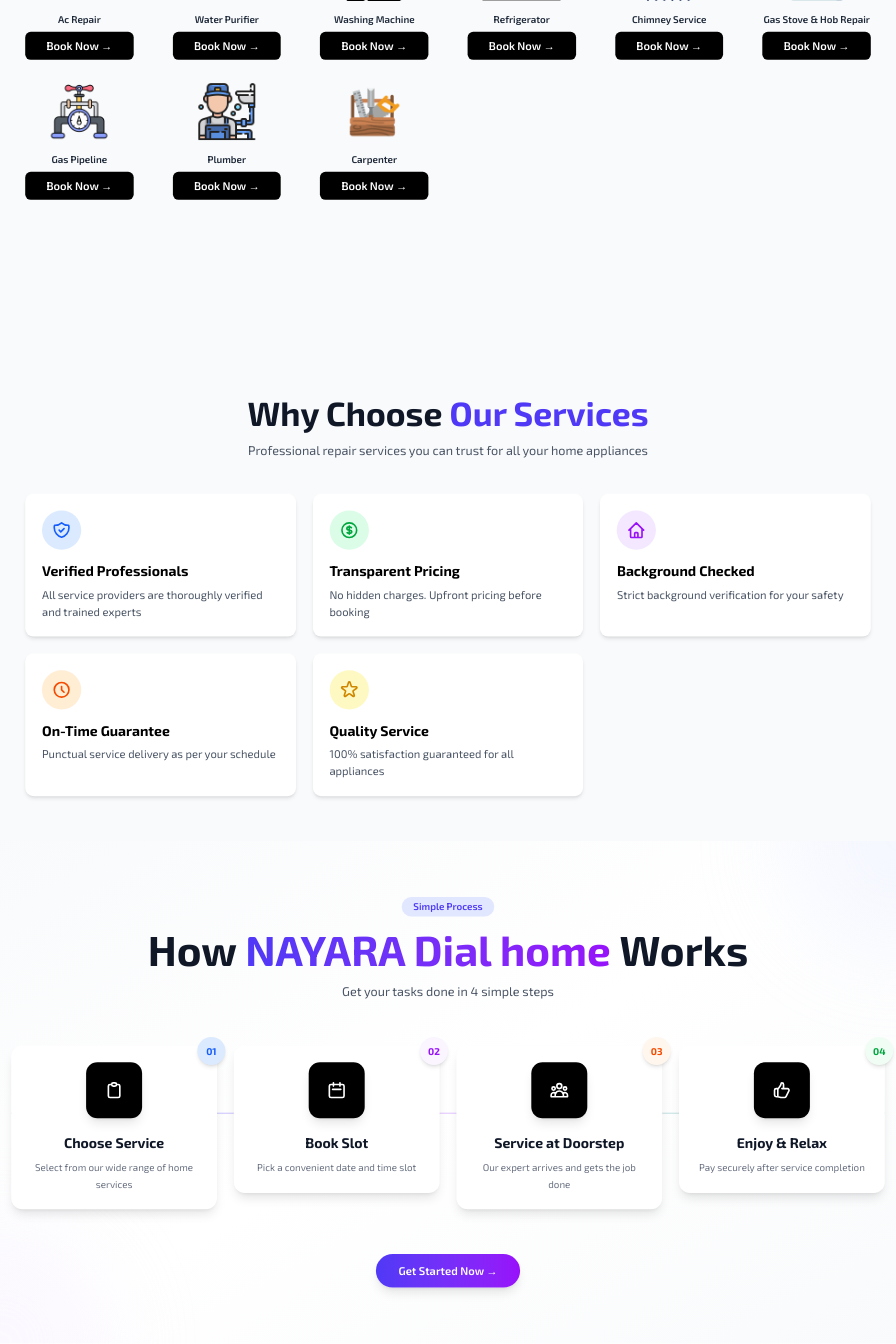
Repository: deepak445566/repai
Page: / (app in repair/)
An editor plug-in stored every save of this project. The page is shown before and after the next save, followed by the edit.
The browser window is 1280 px wide. The pictures show the part of the page from y = 938 to 2858 px (the page is 2858 px tall), at 70% of full size.
Pictures or frames that could not be fetched are drawn as grey boxes. The project was rebuilt for these pictures with package versions that can differ from the ones it lists, and the page was loaded fresh each time. The framework's server and built-in components were replaced by stand-ins that run in the browser. Also part of the build but not shown: repair/next.config.mjs.

Above is the page before, as saved 2026-04-15 14:47:11.

### repair/src/app/layout.js
import { Abril_Fatface, Exo_2, Geist, Geist_Mono } from "next/font/google";
import "./globals.css";

const geistSans = Geist({
  variable: "--font-geist-sans",
  subsets: ["latin"],
});

const geistMono = Geist_Mono({
  variable: "--font-geist-mono",
  subsets: ["latin"],
});
const abril = Abril_Fatface({
  weight: '400',
  subsets: ['latin'],
  variable: '--font-abril',
});

const exo = Exo_2({
  subsets: ['latin'],
  weight: ['400','600','700'],
  variable: '--font-exo',
});

export const metadata = {
  title: "Create Next App",
  description: "Generated by create next app",
};

export default function RootLayout({ children }) {
  return (
    <html
      lang="en"
      className={`${geistSans.variable} ${geistMono.variable} ${abril.variable} ${exo.variable} h-full antialiased`}
    >
      <body className="min-h-full flex flex-col">{children}</body>
    </html>
  );
}

### repair/src/app/page.js
import HeroPage from '@/components/heroPage'
import ServicesPage from '@/components/Service'
import WhyChooseUs from '@/components/whyChooseUs'
import HowItWorks from '@/components/work'
import React from 'react'

function page() {
  return (
   <>
   <HeroPage/>
   <ServicesPage/>
   <WhyChooseUs/>
   <HowItWorks/>
   </>
  )
}

export default page

### repair/src/app/globals.css
@import "tailwindcss";

:root {
  --background: #ffffff;
  --foreground: #171717;
}

@theme inline {
  --color-background: var(--background);
  --color-foreground: var(--foreground);
  --font-sans: var(--font-geist-sans);
  --font-mono: var(--font-geist-mono);
}

@media (prefers-color-scheme: dark) {
  :root {
    --background: #0a0a0a;
    --foreground: #ededed;
  }
}

body {
  background: var(--background);
  color: var(--foreground);
  font-family: var(--font-parkinsans);
}



.abril {
  font-family: var(--font-abril);
}

.exo {
  font-family: var(--font-exo);
}

### repair/src/components/heroPage.jsx
import Image from 'next/image';

export default function HeroPage() {
  return (
    <div className="min-h-screen bg-gradient-to-br from-white to-gray-50 flex items-center justify-center px-4 lg:px-12 py-12">
      <div className="max-w-7xl mx-auto w-full">
        <div className="flex flex-col lg:flex-row items-center gap-12 lg:gap-10">

          {/* Left Section - 60% Width */}
          <div className="w-full lg:w-[55%] text-center lg:text-left space-y-6">
            <div className="inline-block px-4 py-1.5 rounded-full bg-indigo-50 text-indigo-600 text-sm font-semibold tracking-wide">
              ✨ Welcome to the Future
            </div>

            <h1 className="text-4xl sm:text-5xl lg:text-6xl font-bold tracking-tight text-gray-900 leading-tight uppercase exo">
            Book Trusted Home
              <span className="text-indigo-600 block"> Services Near You</span>
            </h1>

            <p className="text-lg text-gray-600 max-w-xl mx-auto lg:mx-0 exo">
         Expert professionals for AC repair, cleaning, plumbing, appliances & more. Verified, insured, and guaranteed.
            </p>

            <div className="flex flex-col sm:flex-row gap-4 justify-center lg:justify-start pt-4">
              <button className="px-8 py-3 rounded-full bg-indigo-600 text-white font-semibold shadow-lg hover:bg-indigo-700 transition-all duration-200 transform hover:scale-105">
                Get Started →
              </button>
              <button className="px-8 py-3 rounded-full border-2 border-gray-300 text-gray-700 font-semibold hover:bg-gray-50 transition-all duration-200">
                Learn More
              </button>
            </div>
          </div>

          {/* Right Section - 40% Width */}
          <div className="w-full lg:w-[45%] flex justify-center lg:justify-end">
            <div className="relative w-full max-w-sm sm:max-w-md lg:max-w-lg">
              <div className="absolute inset-0 opacity-60 -z-10"></div>
              <div className="relative overflow-hidden">
                {/* Size control - Apni hisaab se change karo */}
                <div className="relative w-[350px] h-[400px] md:w-[400px] md:h-[400px] lg:w-[550px] lg:h-[550px] mx-auto ">
                  <Image
                    src="/images/image1.png"
                    alt="Hero Image"
                    fill
                    className="object-contain p-4"
                    priority
                  />
                </div>
              </div>
            </div>
          </div>
        </div>
      </div>
    </div>
  );
}

### repair/src/components/Service.jsx
'use client'

import Image from 'next/image';
import { useRouter } from 'next/navigation';

export default function ServicesPage() {
  const router = useRouter();

  const services = [
    { id: 1, title: "Ac Repair", image: "/images/acrepair.png" },
    { id: 2, title: "Water Purifier", image: "/images/waterrepair.png" },
    { id: 3, title: "Washing Machine", image: "/images/washrepair.png" },
    { id: 4, title: "Refrigerator", image: "/images/fridgerepair.png" },
    { id: 5, title: "Chimney Service", image: "/images/chimneyrepair.png" },
    { id: 6, title: "Gas Stove & Hob Repair", image: "/images/gasrepair.png" },
    { id: 7, title: "Gas Pipeline", image: "/images/piperepair.png" },
    { id: 8, title: "Plumber", image: "/images/plumberrepair.png" },
    { id: 9, title: "Carpenter", image: "/images/carrepair.png" },
  ];

  const handleBookNow = (serviceTitle) => {
    // Navigate to booking page with service name
    router.push(`/book?service=${encodeURIComponent(serviceTitle)}`);
  };

  return (
    <div className="min-h-screen bg-gray-50 py-12 px-4 exo">
      <div className="max-w-7xl mx-auto">

        <div className="text-center mb-8">
          <h2 className="text-3xl sm:text-5xl font-bold text-gray-900 mb-2">
            Most Used <span className="text-indigo-600">Services</span>
          </h2>
        </div>

        <div className="grid grid-cols-2 lg:grid-cols-6 gap-3 md:gap-4">
          {services.map((service) => (
            <div key={service.id} className="group cursor-pointer">
              {/* Image Section */}
              <div className="relative h-20 sm:h-22 md:h-25">
                <Image
                  src={service.image}
                  alt={service.title}
                  fill
                  className="object-contain p-2 transition-transform duration-500 group-hover:scale-110"
                />
              </div>

              {/* Title Section */}
              <div className="py-2 px-1 text-center">
                <h3 className="text-xs sm:text-sm font-semibold text-gray-800  ">
                  {service.title}
                </h3>
              </div>

              {/* Book Button */}
              <div className="px-5 pb-2">
                <button
                  onClick={() => handleBookNow(service.title)}
                  className="w-full bg-black text-white text-xm font-semibold py-2  rounded-lg "
                >
                  Book Now →
                </button>
              </div>
            </div>
          ))}
        </div>
      </div>
    </div>
  );
}

### repair/src/components/whyChooseUs.jsx
import Image from 'next/image';

export default function WhyChooseUs() {
  return (
    <div className="bg-gray-50 py-12 px-4 lg:px-9 sm:py-16 exo">
      <div className="max-w-7xl mx-auto">

        {/* Header with Image */}
        <div className="text-center mb-10 sm:mb-12">
          <h2 className="text-3xl sm:text-4xl lg:text-5xl font-bold text-gray-900 mb-3 sm:mb-4">
            Why Choose <span className="text-indigo-600">Our Services</span>
          </h2>
          <p className="text-gray-600 text-base sm:text-lg max-w-2xl mx-auto px-2">
            Professional repair services you can trust for all your home appliances
          </p>
        </div>

        {/* Features Grid - Mobile: 2 columns, Tablet/Desktop: 3 columns */}
        <div className="grid grid-cols-2 lg:grid-cols-3 gap-3 sm:gap-4 md:gap-6 text-black exo">
          {/* Feature 1 */}
          <div className="bg-white rounded-xl p-4 sm:p-5 md:p-6 shadow-md hover:shadow-xl transition-all">
            <div className="w-10 h-10 sm:w-12 sm:h-12 md:w-14 md:h-14 bg-blue-100 rounded-full flex items-center justify-center mb-3 sm:mb-4">
              <svg className="w-5 h-5 sm:w-6 sm:h-6 md:w-7 md:h-7 text-blue-600" fill="none" stroke="currentColor" viewBox="0 0 24 24">
                <path strokeLinecap="round" strokeLinejoin="round" strokeWidth={2} d="M9 12l2 2 4-4m5.618-4.016A11.955 11.955 0 0112 2.944a11.955 11.955 0 01-8.618 3.04A12.02 12.02 0 003 9c0 5.591 3.824 10.29 9 11.622 5.176-1.332 9-6.03 9-11.622 0-1.042-.133-2.052-.382-3.016z" />
              </svg>
            </div>
            <h3 className="text-base sm:text-lg md:text-xl font-bold mb-1 sm:mb-2">Verified Professionals</h3>
            <p className="text-gray-600 text-xs sm:text-sm md:text-base">All service providers are thoroughly verified and trained experts</p>
          </div>

          {/* Feature 2 */}
          <div className="bg-white rounded-xl p-4 sm:p-5 md:p-6 shadow-md hover:shadow-xl transition-all">
            <div className="w-10 h-10 sm:w-12 sm:h-12 md:w-14 md:h-14 bg-green-100 rounded-full flex items-center justify-center mb-3 sm:mb-4">
              <svg className="w-5 h-5 sm:w-6 sm:h-6 md:w-7 md:h-7 text-green-600" fill="none" stroke="currentColor" viewBox="0 0 24 24">
                <path strokeLinecap="round" strokeLinejoin="round" strokeWidth={2} d="M12 8c-1.657 0-3 .895-3 2s1.343 2 3 2 3 .895 3 2-1.343 2-3 2m0-8c1.11 0 2.08.402 2.599 1M12 8V7m0 1v8m0 0v1m0-1c-1.11 0-2.08-.402-2.599-1M21 12a9 9 0 11-18 0 9 9 0 0118 0z" />
              </svg>
            </div>
            <h3 className="text-base sm:text-lg md:text-xl font-bold mb-1 sm:mb-2">Transparent Pricing</h3>
            <p className="text-gray-600 text-xs sm:text-sm md:text-base">No hidden charges. Upfront pricing before booking</p>
          </div>

          {/* Feature 3 */}
          <div className="bg-white rounded-xl p-4 sm:p-5 md:p-6 shadow-md hover:shadow-xl transition-all">
            <div className="w-10 h-10 sm:w-12 sm:h-12 md:w-14 md:h-14 bg-purple-100 rounded-full flex items-center justify-center mb-3 sm:mb-4">
              <svg className="w-5 h-5 sm:w-6 sm:h-6 md:w-7 md:h-7 text-purple-600" fill="none" stroke="currentColor" viewBox="0 0 24 24">
                <path strokeLinecap="round" strokeLinejoin="round" strokeWidth={2} d="M3 12l2-2m0 0l7-7 7 7M5 10v10a1 1 0 001 1h3m10-11l2 2m-2-2v10a1 1 0 01-1 1h-3m-6 0a1 1 0 001-1v-4a1 1 0 011-1h2a1 1 0 011 1v4a1 1 0 001 1m-6 0h6" />
              </svg>
            </div>
            <h3 className="text-base sm:text-lg md:text-xl font-bold mb-1 sm:mb-2">Background Checked</h3>
            <p className="text-gray-600 text-xs sm:text-sm md:text-base">Strict background verification for your safety</p>
          </div>

          {/* Feature 4 */}
          <div className="bg-white rounded-xl p-4 sm:p-5 md:p-6 shadow-md hover:shadow-xl transition-all">
            <div className="w-10 h-10 sm:w-12 sm:h-12 md:w-14 md:h-14 bg-orange-100 rounded-full flex items-center justify-center mb-3 sm:mb-4">
              <svg className="w-5 h-5 sm:w-6 sm:h-6 md:w-7 md:h-7 text-orange-600" fill="none" stroke="currentColor" viewBox="0 0 24 24">
                <path strokeLinecap="round" strokeLinejoin="round" strokeWidth={2} d="M12 8v4l3 3m6-3a9 9 0 11-18 0 9 9 0 0118 0z" />
              </svg>
            </div>
            <h3 className="text-base sm:text-lg md:text-xl font-bold mb-1 sm:mb-2">On-Time Guarantee</h3>
            <p className="text-gray-600 text-xs sm:text-sm md:text-base">Punctual service delivery as per your schedule</p>
          </div>

          {/* Feature 5 */}
          <div className="bg-white rounded-xl p-4 sm:p-5 md:p-6 shadow-md hover:shadow-xl transition-all">
            <div className="w-10 h-10 sm:w-12 sm:h-12 md:w-14 md:h-14 bg-yellow-100 rounded-full flex items-center justify-center mb-3 sm:mb-4">
              <svg className="w-5 h-5 sm:w-6 sm:h-6 md:w-7 md:h-7 text-yellow-600" fill="none" stroke="currentColor" viewBox="0 0 24 24">
                <path strokeLinecap="round" strokeLinejoin="round" strokeWidth={2} d="M11.049 2.927c.3-.921 1.603-.921 1.902 0l1.519 4.674a1 1 0 00.95.69h4.915c.969 0 1.371 1.24.588 1.81l-3.976 2.888a1 1 0 00-.363 1.118l1.518 4.674c.3.922-.755 1.688-1.538 1.118l-3.976-2.888a1 1 0 00-1.176 0l-3.976 2.888c-.783.57-1.838-.197-1.538-1.118l1.518-4.674a1 1 0 00-.363-1.118l-3.976-2.888c-.784-.57-.38-1.81.588-1.81h4.914a1 1 0 00.951-.69l1.519-4.674z" />
              </svg>
            </div>
            <h3 className="text-base sm:text-lg md:text-xl font-bold mb-1 sm:mb-2">Quality Service</h3>
            <p className="text-gray-600 text-xs sm:text-sm md:text-base">100% satisfaction guaranteed for all appliances</p>
          </div>

        </div>
      </div>
    </div>
  );
}

### repair/src/components/work.jsx
'use client'
import Image from 'next/image';
import { useState, useEffect } from 'react';

export default function HowItWorks() {
  const [visibleSteps, setVisibleSteps] = useState([false, false, false, false]);

  useEffect(() => {
    const timers = steps.map((_, i) => {
      return setTimeout(() => {
        setVisibleSteps(prev => {
          const newState = [...prev];
          newState[i] = true;
          return newState;
        });
      }, i * 200);
    });
    return () => timers.forEach(timer => clearTimeout(timer));
  }, []);

  const steps = [
    {
      number: "01",
      title: "Choose Service",
      description: "Select from our wide range of home services",
      color: "blue",
      icon: (
        <svg className="w-6 h-6 sm:w-7 sm:h-7" fill="none" stroke="currentColor" viewBox="0 0 24 24">
          <path strokeLinecap="round" strokeLinejoin="round" strokeWidth={2} d="M9 5H7a2 2 0 00-2 2v12a2 2 0 002 2h10a2 2 0 002-2V7a2 2 0 00-2-2h-2M9 5a2 2 0 002 2h2a2 2 0 002-2M9 5a2 2 0 012-2h2a2 2 0 012 2" />
        </svg>
      )
    },
    {
      number: "02",
      title: "Book Slot",
      description: "Pick a convenient date and time slot",
      color: "purple",
      icon: (
        <svg className="w-6 h-6 sm:w-7 sm:h-7" fill="none" stroke="currentColor" viewBox="0 0 24 24">
          <path strokeLinecap="round" strokeLinejoin="round" strokeWidth={2} d="M8 7V3m8 4V3m-9 8h10M5 21h14a2 2 0 002-2V7a2 2 0 00-2-2H5a2 2 0 00-2 2v12a2 2 0 002 2z" />
        </svg>
      )
    },
    {
      number: "03",
      title: "Service at Doorstep",
      description: "Our expert arrives and gets the job done",
      color: "orange",
      icon: (
        <svg className="w-6 h-6 sm:w-7 sm:h-7" fill="none" stroke="currentColor" viewBox="0 0 24 24">
          <path strokeLinecap="round" strokeLinejoin="round" strokeWidth={2} d="M17 20h5v-2a3 3 0 00-5.356-1.857M17 20H7m10 0v-2c0-.656-.126-1.283-.356-1.857M7 20H2v-2a3 3 0 015.356-1.857M7 20v-2c0-.656.126-1.283.356-1.857m0 0a5.002 5.002 0 019.288 0M15 7a3 3 0 11-6 0 3 3 0 016 0zm6 3a2 2 0 11-4 0 2 2 0 014 0zM7 10a2 2 0 11-4 0 2 2 0 014 0z" />
        </svg>
      )
    },
    {
      number: "04",
      title: "Enjoy & Relax",
      description: "Pay securely after service completion",
      color: "green",
      icon: (
        <svg className="w-6 h-6 sm:w-7 sm:h-7" fill="none" stroke="currentColor" viewBox="0 0 24 24">
          <path strokeLinecap="round" strokeLinejoin="round" strokeWidth={2} d="M14 10h4.764a2 2 0 011.789 2.894l-3.5 7A2 2 0 0115.263 21h-4.017c-.163 0-.326-.02-.485-.06L7 20m7-10V5a2 2 0 00-2-2h-.095c-.5 0-.905.405-.905.905 0 .714-.211 1.412-.608 2.006L7 11v9m7-10h-2M7 20H5a2 2 0 01-2-2v-6a2 2 0 012-2h2.5" />
        </svg>
      )
    }
  ];


  const bgColors = {
    blue: "bg-blue-100 group-hover:bg-blue-100",
    purple: "bg-purple-50 group-hover:bg-purple-100",
    orange: "bg-orange-50 group-hover:bg-orange-100",
    green: "bg-green-50 group-hover:bg-green-100"
  };

  const textColors = {
    blue: "text-blue-600",
    purple: "text-purple-600",
    orange: "text-orange-600",
    green: "text-green-600"
  };

  return (
    <div className="bg-gradient-to-br from-gray-50 via-white to-gray-50 py-12 sm:py-16 md:py-20 px-4 relative overflow-hidden exo">
      {/* Background Decoration - Responsive */}
      <div className="absolute inset-0 overflow-hidden">
        <div className="absolute -top-40 -right-40 w-60 h-60 sm:w-80 sm:h-80 bg-indigo-100 rounded-full opacity-30 blur-3xl"></div>
        <div className="absolute -bottom-40 -left-40 w-60 h-60 sm:w-80 sm:h-80 bg-purple-100 rounded-full opacity-30 blur-3xl"></div>
      </div>

      <div className="max-w-7xl mx-auto relative z-10">

        {/* Creative Header - Responsive */}
        <div className="text-center mb-10 sm:mb-12 md:mb-16">
          <div className="inline-block mb-3 sm:mb-4">
            <div className="bg-indigo-100 text-indigo-600 px-3 py-1 sm:px-4 sm:py-1 rounded-full text-xs sm:text-sm font-semibold">
              Simple Process
            </div>
          </div>
          <h2 className="text-2xl sm:text-4xl md:text-5xl lg:text-6xl font-bold text-gray-900 mb-2 sm:mb-4 ">
            How <span className="bg-gradient-to-r from-indigo-600 to-purple-600 bg-clip-text text-transparent">NAYARA Dial home </span> Works
          </h2>
          <p className="text-gray-600 text-sm sm:text-base md:text-lg max-w-2xl mx-auto px-2">
            Get your tasks done in 4 simple steps
          </p>
        </div>

        {/* Steps Grid - Fully Responsive */}
        <div className="relative">
          {/* Connecting Lines - Hidden on mobile & tablet, show on desktop */}
          <div className="hidden lg:block absolute top-24 left-0 right-0 h-0.5 bg-gradient-to-r from-indigo-200 via-purple-200 to-green-200">
            <div className="absolute top-1/2 -translate-y-1/2 w-2 h-2 sm:w-3 sm:h-3 bg-indigo-500 rounded-full left-[12.5%]"></div>
            <div className="absolute top-1/2 -translate-y-1/2 w-2 h-2 sm:w-3 sm:h-3 bg-purple-500 rounded-full left-[37.5%]"></div>
            <div className="absolute top-1/2 -translate-y-1/2 w-2 h-2 sm:w-3 sm:h-3 bg-orange-500 rounded-full left-[62.5%]"></div>
          </div>

          {/* Grid - Mobile: 2 columns, Tablet: 2 columns, Desktop: 4 columns */}
          <div className="grid grid-cols-2 lg:grid-cols-4 gap-3 sm:gap-4 md:gap-5 lg:gap-6">
            {steps.map((step, index) => (
              <div
                key={index}
                className={`group relative transition-all duration-700 transform ${
                  visibleSteps[index] ? 'translate-y-0 opacity-100' : 'translate-y-10 opacity-0'
                }`}
              >
                {/* Card - Responsive padding */}
                <div className="relative bg-white rounded-xl sm:rounded-2xl p-4 sm:p-5 md:p-6 text-center shadow-md sm:shadow-lg hover:shadow-xl transition-all duration-300 hover:-translate-y-2">

                  {/* Icon Circle - Responsive sizes */}
                  <div className={`relative w-14 h-14 sm:w-16 sm:h-16 md:w-20 md:h-20 mx-auto mb-3 sm:mb-4 md:mb-5 bg-black rounded-xl sm:rounded-2xl flex items-center justify-center shadow-md sm:shadow-lg transform rotate-0 group-hover:rotate-12 transition-all duration-300`}>
                    <div className="text-white">
                      {step.icon}
                    </div>

                  </div>

                  {/* Step Number Badge - Responsive */}
                  <div className={`absolute -top-2 -right-2 sm:-top-3 sm:-right-3 w-7 h-7 sm:w-8 sm:h-8 md:w-10 md:h-10 ${bgColors[step.color]} rounded-full flex items-center justify-center shadow-md`}>
                    <span className={`text-xs sm:text-sm font-black ${textColors[step.color]}`}>{step.number}</span>
                  </div>

                  {/* Title - Responsive text */}
                  <h3 className={`text-sm sm:text-base md:text-lg lg:text-xl font-bold text-gray-900 mb-1 sm:mb-2 md:mb-3 transition-colors ${
                    step.title === "Service at Doorstep" ? "text-xs sm:text-sm md:text-base lg:text-lg" : ""
                  }`}>
                    {step.title}
                  </h3>

                  {/* Description - Responsive text */}
                  <p className="text-gray-500 text-xs sm:text-sm leading-relaxed">
                    {step.description}
                  </p>

                  {/* Bottom Decoration */}
                  <div className="absolute bottom-0 left-1/2 transform -translate-x-1/2 w-8 sm:w-10 md:w-12 h-0.5 bg-gradient-to-r from-transparent via-indigo-300 to-transparent opacity-0 group-hover:opacity-100 transition-opacity duration-300"></div>
                </div>
              </div>
            ))}
          </div>
        </div>

        {/* CTA Button - Responsive */}
        <div className="text-center mt-10 sm:mt-12 md:mt-16">
          <button className="bg-gradient-to-r from-indigo-600 to-purple-600 text-white px-6 sm:px-8 py-2.5 sm:py-3 rounded-full font-semibold text-sm sm:text-base shadow-lg hover:shadow-xl transform hover:-translate-y-1 transition-all duration-300">
            Get Started Now →
          </button>
        </div>
      </div>
    </div>
  );
}

After the next save:
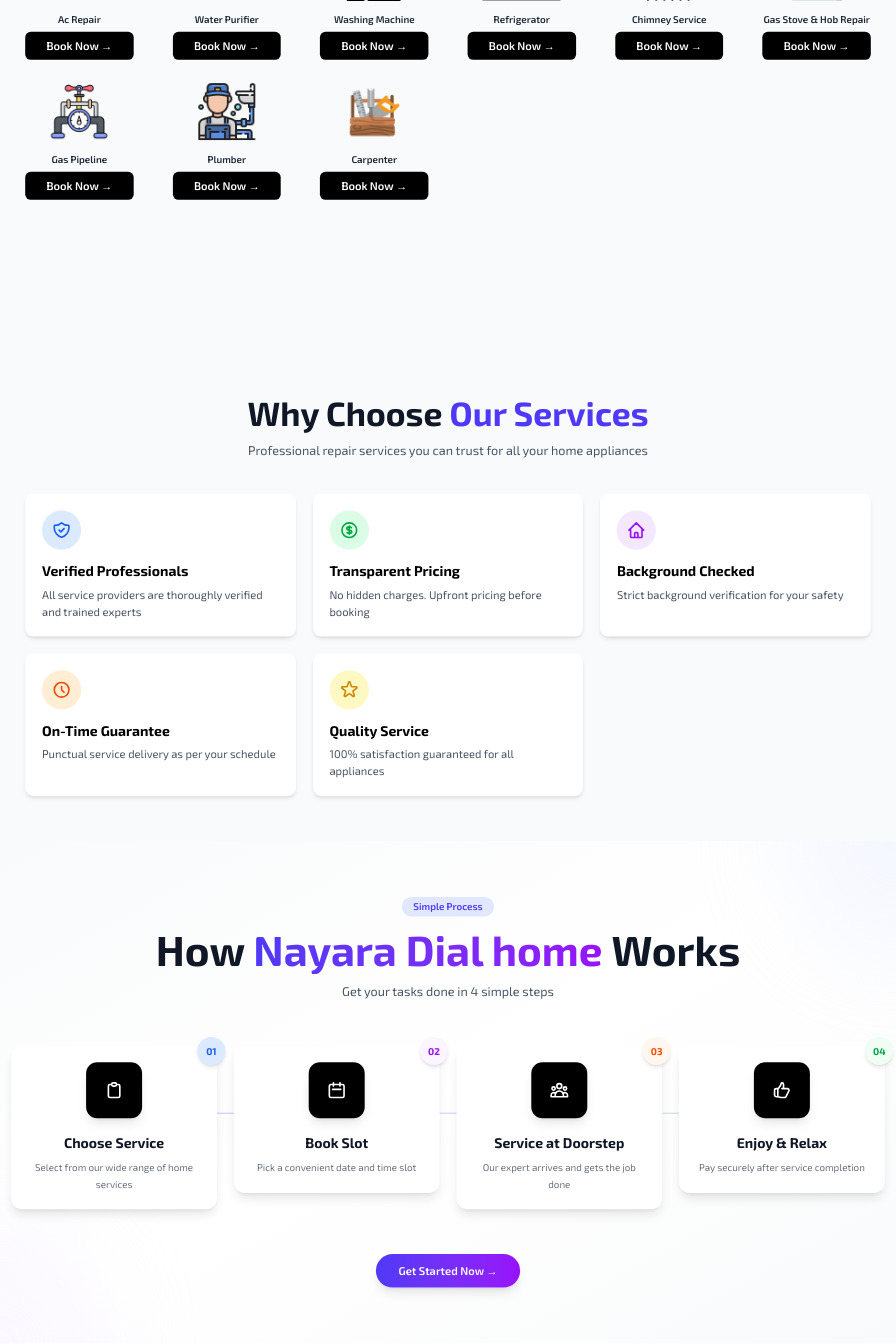
Saved 4 s later.
--- a/repair/src/components/work.jsx
+++ b/repair/src/components/work.jsx
@@ -98,7 +98,7 @@
             </div>
           </div>
           <h2 className="text-2xl sm:text-4xl md:text-5xl lg:text-6xl font-bold text-gray-900 mb-2 sm:mb-4 ">
-            How <span className="bg-gradient-to-r from-indigo-600 to-purple-600 bg-clip-text text-transparent">NAYARA Dial home </span> Works
+            How <span className="bg-gradient-to-r from-indigo-600 to-purple-600 bg-clip-text text-transparent">Nayara Dial home </span> Works
           </h2>
           <p className="text-gray-600 text-sm sm:text-base md:text-lg max-w-2xl mx-auto px-2">
             Get your tasks done in 4 simple steps
